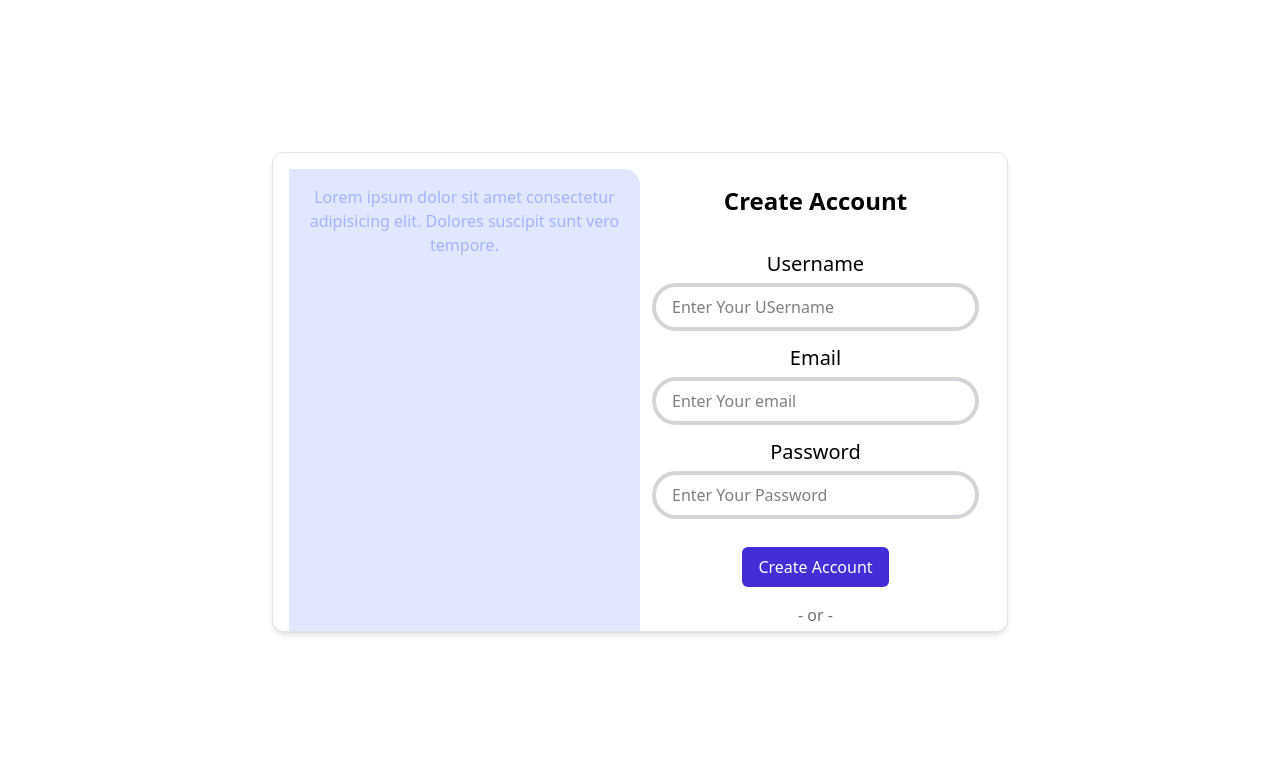
Repository: aryan151pratap/FitPanda
Page: / (app in frontened/)
The author's editor kept a copy of each file at every save. The page is drawn from the files as they stood at one save, then again after the next save.
The browser window is 1280 px wide. The pictures show the whole page.
The project was rebuilt for these pictures with package versions that can differ from the ones it lists, and the page was loaded fresh each time. Also part of the build but not shown: frontened/vite.config.js, frontened/src/login/login.jsx.

Above is the page before, as saved 2025-06-03 22:48:52.

After the next save:
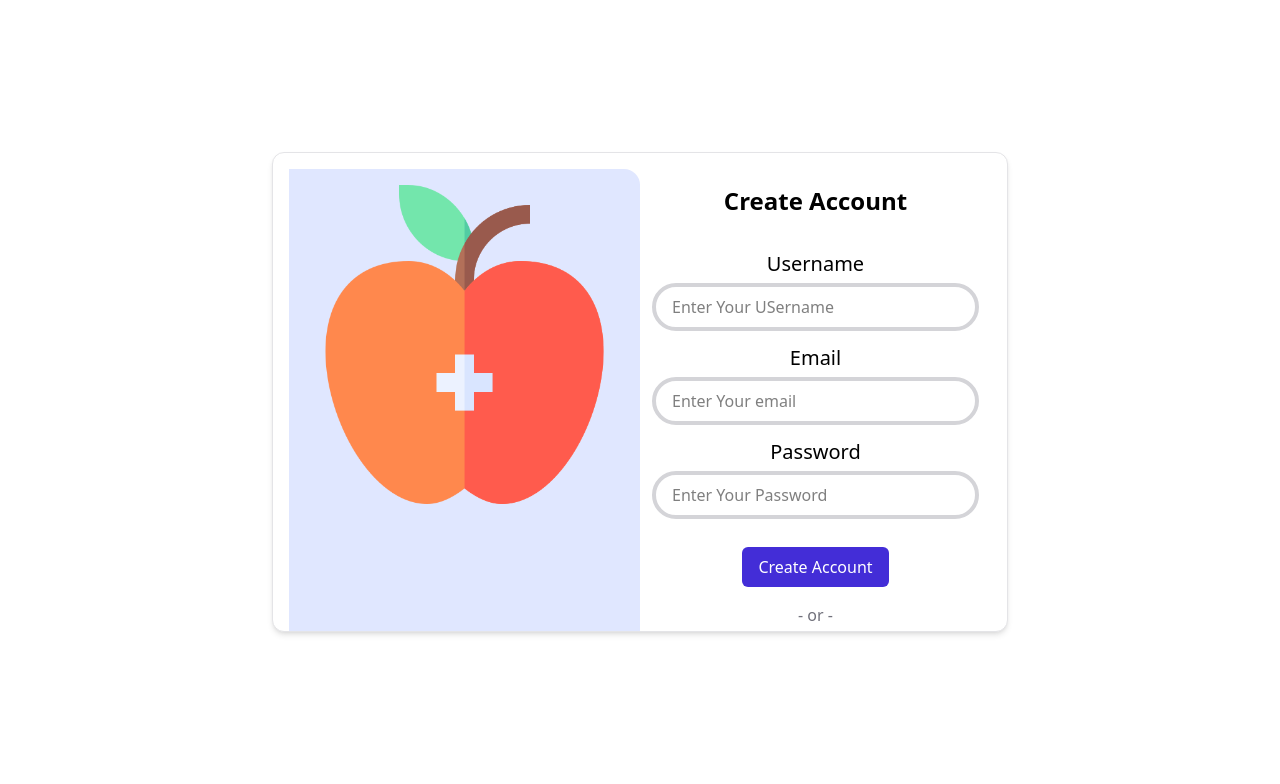
Saved 66 s later.
--- a/frontened/src/login/sign_up.jsx
+++ b/frontened/src/login/sign_up.jsx
@@ -1,4 +1,5 @@
 import Login from './login';
+import apple from '../image/apple.png';
 
 function Sign_up(){
 	return(
@@ -8,7 +9,7 @@ function Sign_up(){
 				<div className="w-full h-full bg-white grid grid-cols-2 rounded-xl overflow-hidden p-4 shadow-md border-1 border-zinc-200">
 					<div className="bg-indigo-100 p-4 text-indigo-300 rounded-b-2xl rounded-tr-2xl flex ">
 						<div>
-							<p>Lorem ipsum dolor sit amet consectetur adipisicing elit. Dolores suscipit sunt vero tempore.</p>
+							<img src={apple} alt="" />
 						</div>
 						{/* <div className="h-full px-1 bg-black">
 						</div> */}
